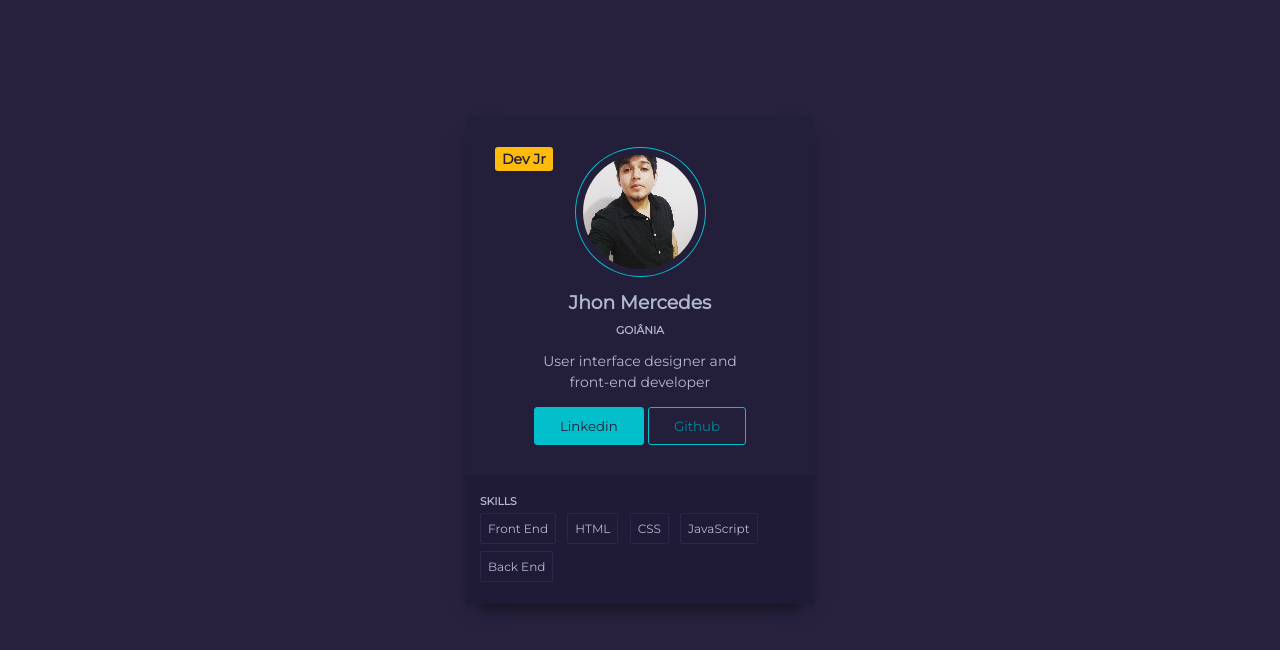
Repository: JhonMercedes/flip-card
Page: index.html
The author's editor kept a copy of each file at every save. The page is drawn from the files as they stood at one save, then again after the next save.
The browser window is 1280 px wide. The pictures show the whole page.

Above is the page before, as saved 2021-12-04 03:19:24.

After the next save:
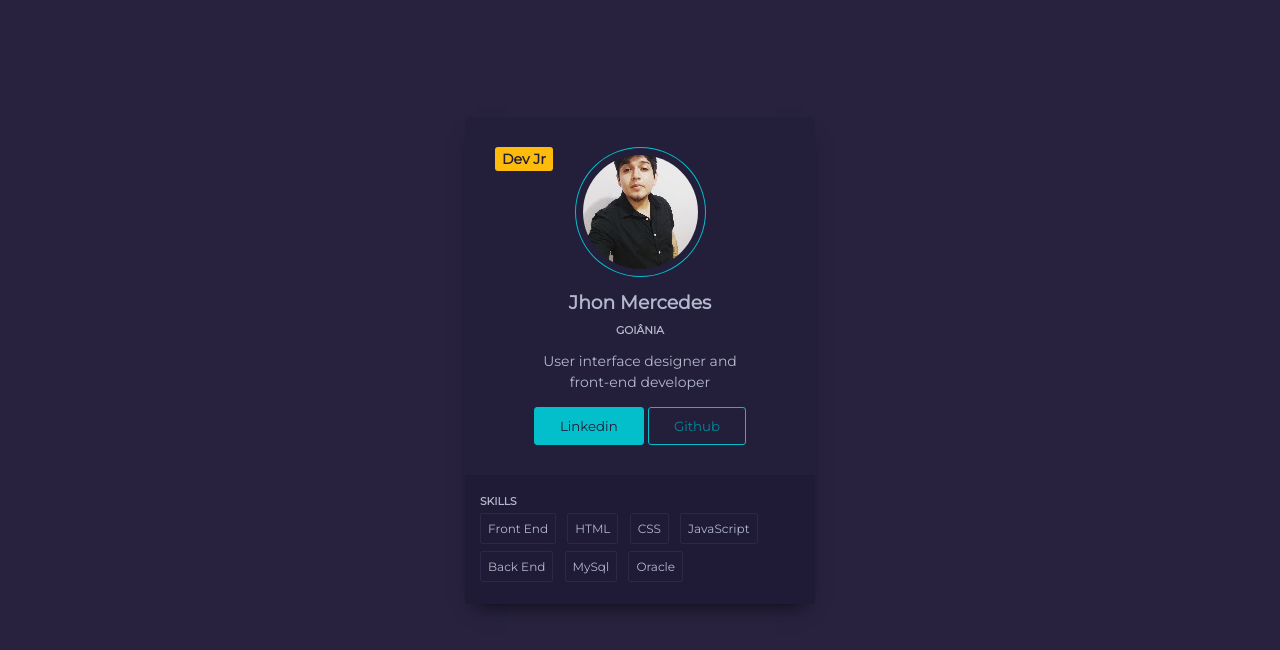
Saved 26 s later.
--- a/index.html
+++ b/index.html
@@ -33,6 +33,8 @@
                 <li>CSS</li>
                 <li>JavaScript</li>
                 <li>Back End</li>
+                <li>MySql</li>
+                <li>Oracle</li>
 
             </ul>
         </div>
